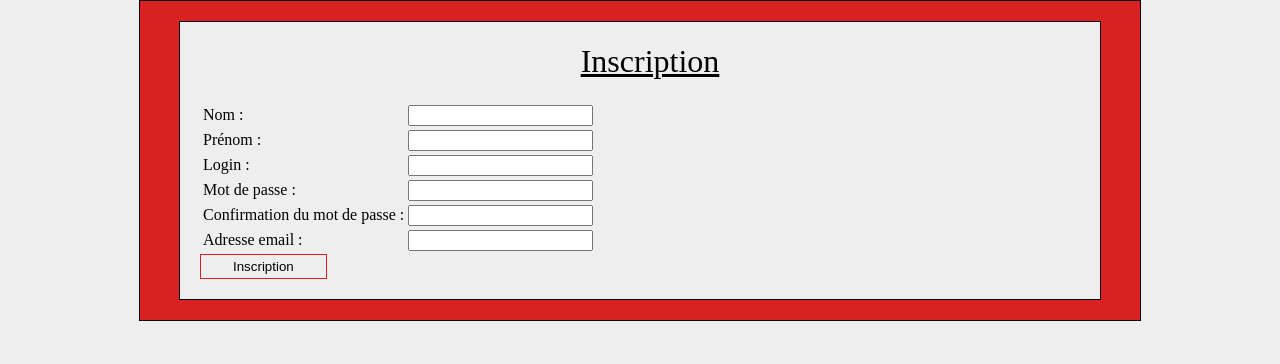
Repository: denisceulemans/GitRep
Page: http://localhost/Recette/Inscription
An editor plug-in stored every save of this project. The page is shown before and after the next save, followed by the edit.
The browser window is 1280 px wide. The pictures show the whole page.
The page is served by Tomcat 9.

Above is the page before, as saved 2017-08-17 20:58:51.

After the next save:
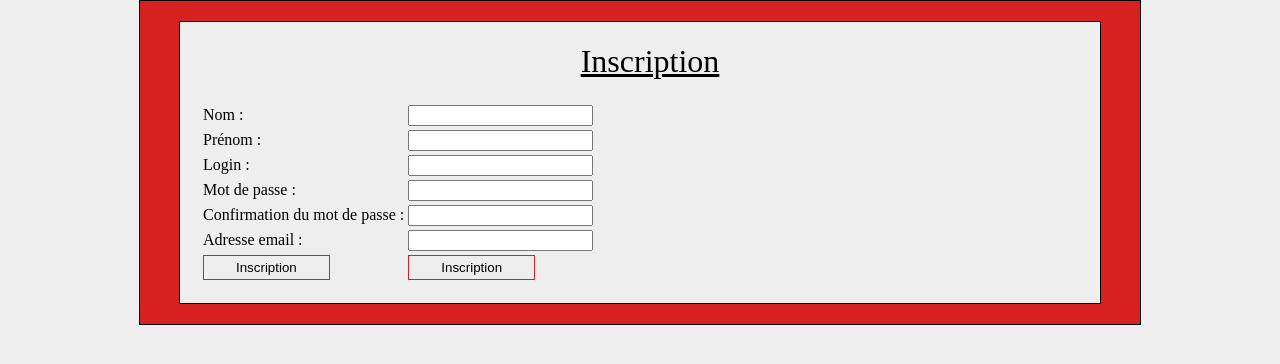
Saved 72 s later.
--- a/ProjetJEE/Recette/WebContent/VIEW/jsp/inscription.jsp
+++ b/ProjetJEE/Recette/WebContent/VIEW/jsp/inscription.jsp
@@ -56,8 +56,12 @@
 		                <span class="erreur">${form.erreurs['email']}</span>
 	                </td>
                 </tr>
+                <tr>
+					<td><a href="/Recette/Connexion"><input class="bouton" type="button" value="Inscription" /></a></td>
+					<td><input class="bouton" type="submit" name ="inscription" value="Inscription"/></td>
+				</tr>
 	        </table>
-	        <input class="bouton" type="submit" name ="inscription" value="Inscription"/>
+
         </form>
         </div>
     </div>
